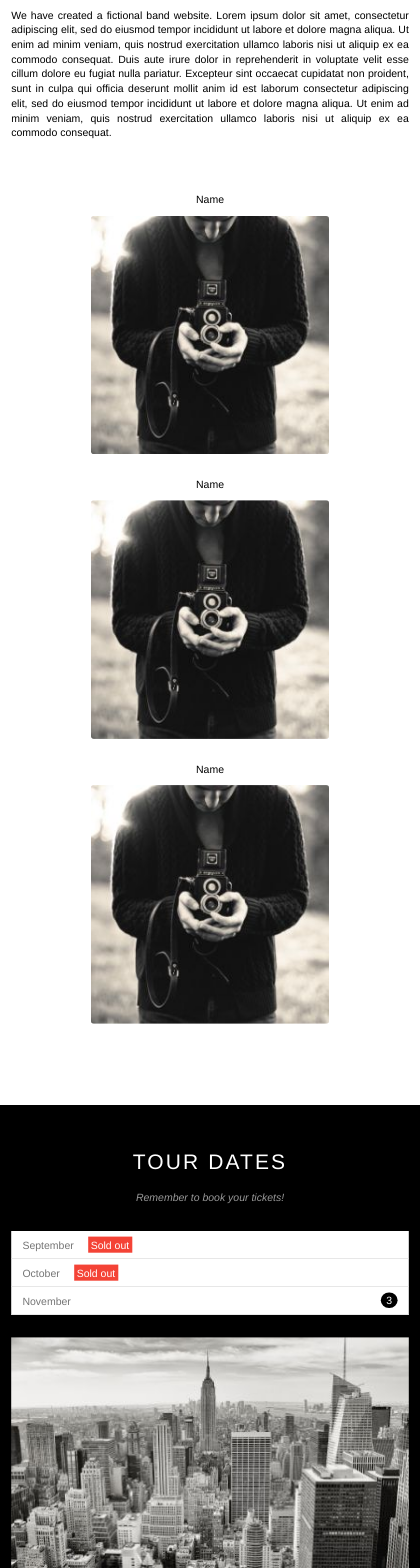
Repository: qhoa25623/The-Band
Page: index.html
An editor plug-in stored every save of this project. The page is shown before and after the next save, followed by the edit.
The browser window is 600 px wide. The pictures show the part of the page from y = 501 to 2741 px (the page is 5313 px tall before and 4235 px after), at 70% of full size.

Above is the page before, as saved 2022-05-06 23:37:33.

After the next save:
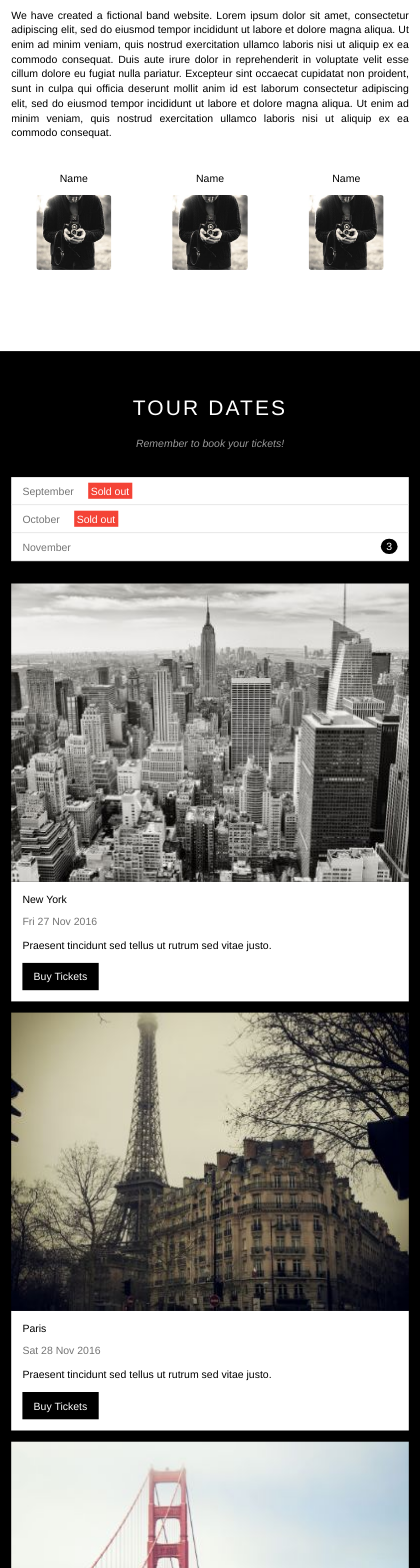
Saved 2 min 31 s later.
--- a/assets/css/responsive.css
+++ b/assets/css/responsive.css
@@ -39,10 +39,6 @@
     color: #fff;
     padding: 5px 41px;
   }
-  #content .member-item {
-    margin-top: 30px;
-    width: 100%;
-  }
   #content .member-img {
     width: 60%;
   }
